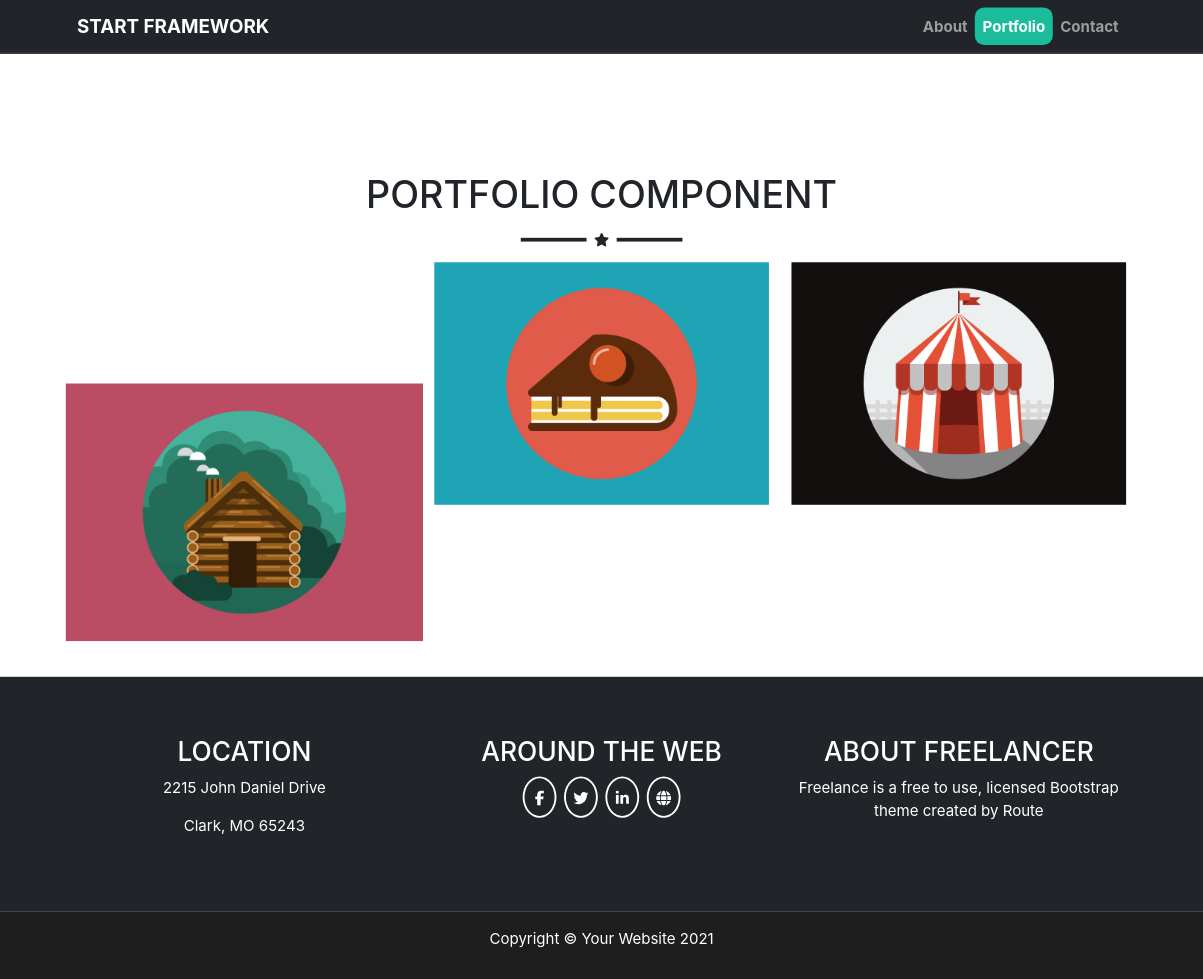
Repository: YomnaWegdan/startFramework
Page: /portfolio
An editor plug-in stored every save of this project. The page is shown before and after a run of saves, followed by the edit.
The browser window is 1280 px wide. The pictures show the whole page, at 94% of full size.
The pointer rests on the first visible `div.img`.
The project was rebuilt for these pictures with package versions that can differ from the ones it lists, and the page was loaded fresh each time. Also part of the build but not shown: src/Components/Home.jsx, src/Components/About.jsx, src/Components/Contact.jsx, src/Components/Error.jsx.

Above is the page before, as saved 2024-02-05 15:16:58.

After the next 2 saves:
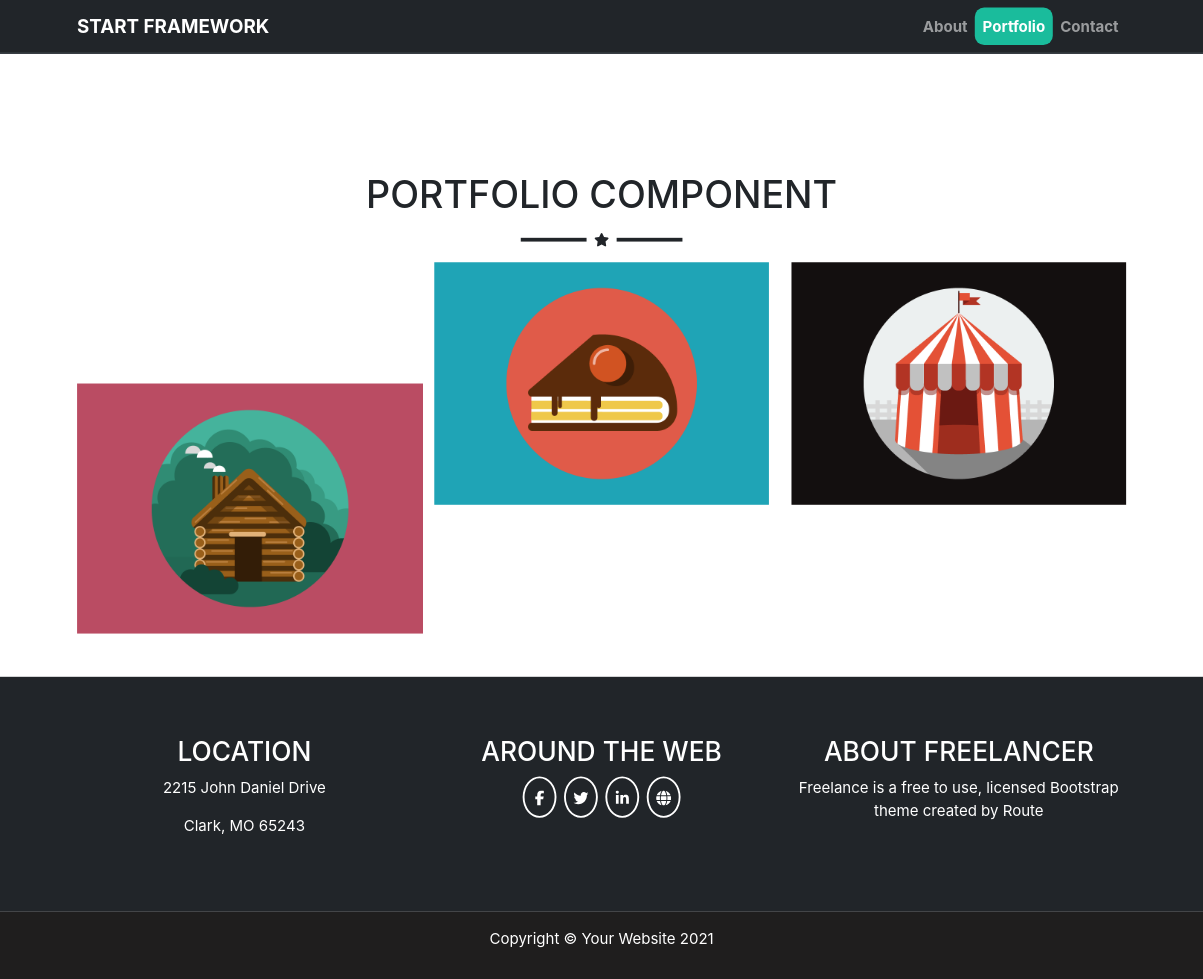
The 2 saves are shown as one change because they came seconds apart.
The last was saved 7 s later.
--- a/src/index.css
+++ b/src/index.css
@@ -44,7 +44,5 @@ div.footer{
 div.img:hover .img-overlay{
   background-color: #19AB8E;
   position: absolute;
-  top: 0;
-  left: 0;
 
 }
